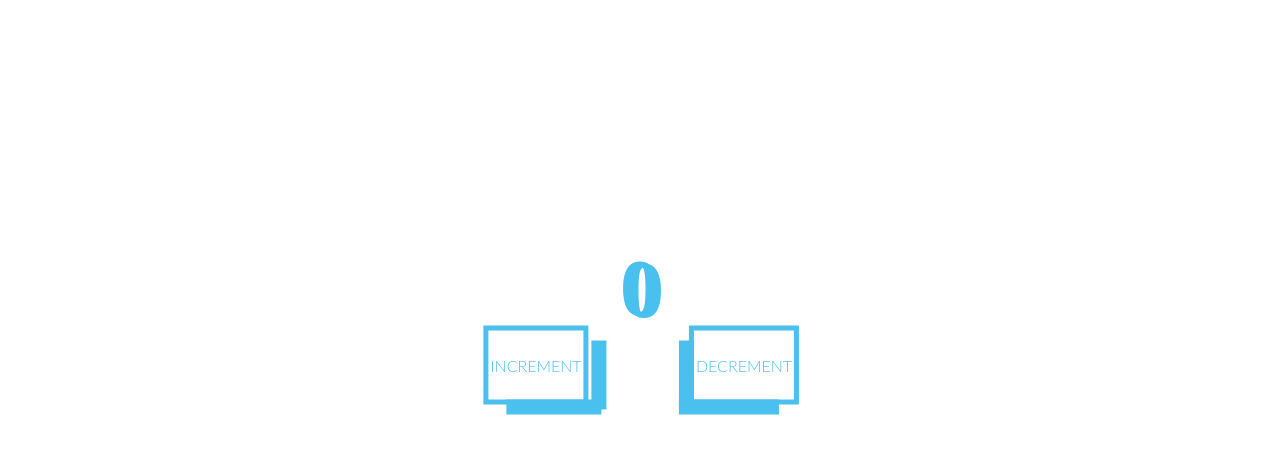
Repository: Ellisvelandia/react_introduction_test
Page: /
The author's editor kept a copy of each file at every save. The page is drawn from the files as they stood at one save, then again after the next save.
The browser window is 1280 px wide. The pictures show the whole page.
The project was rebuilt for these pictures with package versions that can differ from the ones it lists, and the page was loaded fresh each time. Also part of the build but not shown: src/index.css.

Above is the page before, as saved 2022-08-15 20:21:41.

### src/App.js
import "./App.scss";
import React, { useState } from "react";

const App = () => {
  const [num, changeNum] = useState(0);

  const incrementNum = () => {
    changeNum(num + 2);
  };

  const decrementNum = () => {
    if (num - 1 < 0) {
      alert(`you can't decrease than 0`);
    } else {
      changeNum(num - 2);
    }
  };

  return (
    <>
      <div className="container">
        <h1>{num}</h1>
        <button className="button_I" onClick={incrementNum}>Increment</button>
        <button className="button_D" onClick={decrementNum}>Decrement</button>
      </div>
    </>
  );
};

export default App;

### src/App.scss
* {
  margin: 0;
  padding: 0;
  box-sizing: border-box;
}

body {
  width: 100%;
  height: 100vh;
  display: flex;
  justify-content: center;
  align-items: center;
  flex-direction: column;
}

.container {
  align-self: center;
}

h1 {
  position: absolute;
  left: 50%;
  top: 40%;
  transform: translateX(-50%) translateY(-50%);
  font-size: 5rem;
  text-shadow: 4px 2px #4ac0ee;
  color: #4ac0ee;
}

button {
  font-size: 1rem;
  margin: 5px;
  font-family: "Lato", sans-serif;
  font-weight: 300;
}


.button_I {
  position: absolute;
  left: 45%;
  top: 50%;
  transform: translateX(-50%) translateY(-50%);
  background: #fff;
  max-width: 120px;
  padding: 25px 2px;
  margin-left: -40px;
  border: 5px solid #4ac0ee;
  color: #4ac0ee;
  text-transform: uppercase;
  text-align: center;
  z-index: 2;
  transition: all 0.15s 0.15s ease-out;

  &:after,
  &:before {
    position: absolute;
    width: 100%;
    max-width: 100%;
    top: 100%;
    left: 0;
    bottom: -10px;
    content: "";
    z-index: 1;
    transition: all 0.15s 0.15s ease-out;
  }

  &:before {
    background: #4ac0ee;
    top: 10px;
    left: 103px;
    height: 100%;
    width: 15px;
  }

  &:after {
    width: 100%;
    background: #4ac0ee;
    right: 0px;
    left: 18px;
    height: 15px;
  }

  &:hover {
    background: #4ac0ee;
    color: #fff;
    margin-left: -7.5px;
    margin-bottom: -7.5px;

    &:after,
    &:before {
      top: 100%;
      left: 0;
      bottom: 0px;
    }

    &:before {
      top: 0px;
      left: 0px;
      width: 0px;
    }

    &:after {
      right: 0px;
      left: 0px;
      height: 0px;
    }
  }
}



.button_D {
  position: absolute;
  left: 55%;
  top: 50%;
  transform: translateX(-50%) translateY(-50%);
  margin-left: 40px;
  background: #fff;
  max-width: 120px;
  padding: 25px 2px;
  border: 5px solid #4ac0ee;
  color: #4ac0ee;
  text-transform: uppercase;
  text-align: center;

  z-index: 2;
  transition: all 0.15s 0.15s ease-out;

  &:after,
  &:before {
    position: absolute;
    width: 100%;
    max-width: 100%;
    top: 100%;
    left: 0;
    bottom: -10px;
    content: "";
    z-index: 1;
    transition: all 0.15s 0.15s ease-out;
  }

  &:before {
    background: #4ac0ee;
    top: 10px;
    left: -15px;
    height: 100%;
    width: 15px;
  }

  &:after {
    width: 100%;
    background: #4ac0ee;
    right: 0px;
    left: -15px;
    height: 15px;
  }

  &:hover {
    background: #4ac0ee;
    color: #fff;
    margin-left: -7.5px;
    margin-bottom: -7.5px;

    &:after,
    &:before {
      top: 100%;
      left: 0;
      bottom: 0px;
    }

    &:before {
      top: 0px;
      left: 0px;
      width: 0px;
    }

    &:after {
      right: 0px;
      left: 0px;
      height: 0px;
    }
  }
}

Loaded but not shown: public/index.html (common file); src/index.js (common file); src/reportWebVitals.js (common file)

After the next save:
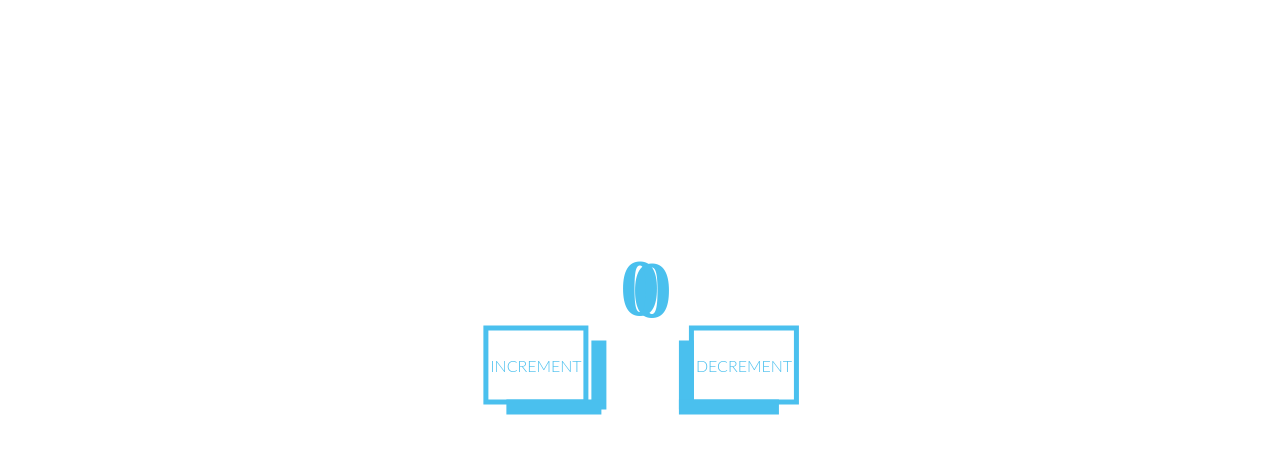
Saved 6 s later.
--- a/src/App.scss
+++ b/src/App.scss
@@ -23,7 +23,7 @@ h1 {
   top: 40%;
   transform: translateX(-50%) translateY(-50%);
   font-size: 5rem;
-  text-shadow: 4px 2px #4ac0ee;
+  text-shadow: 12px 2px #4ac0ee;
   color: #4ac0ee;
 }
 
